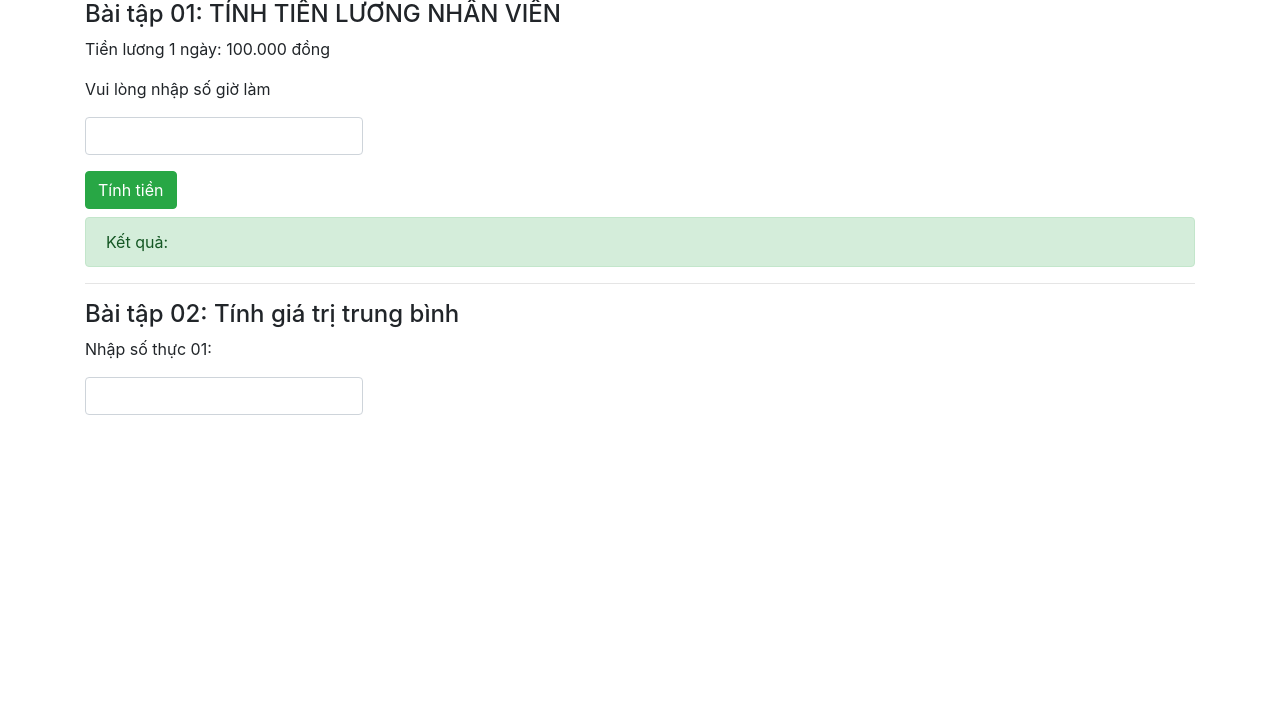
Repository: ducdatit2002/javascript-tinh-day13
Page: index.html
An editor plug-in stored every save of this project. The page is shown before and after a run of saves, followed by the edit.
The browser window is 1280 px wide. The pictures show the whole page.

Above is the page before, as saved 2023-08-13 23:59:09.

After the next 13 saves:
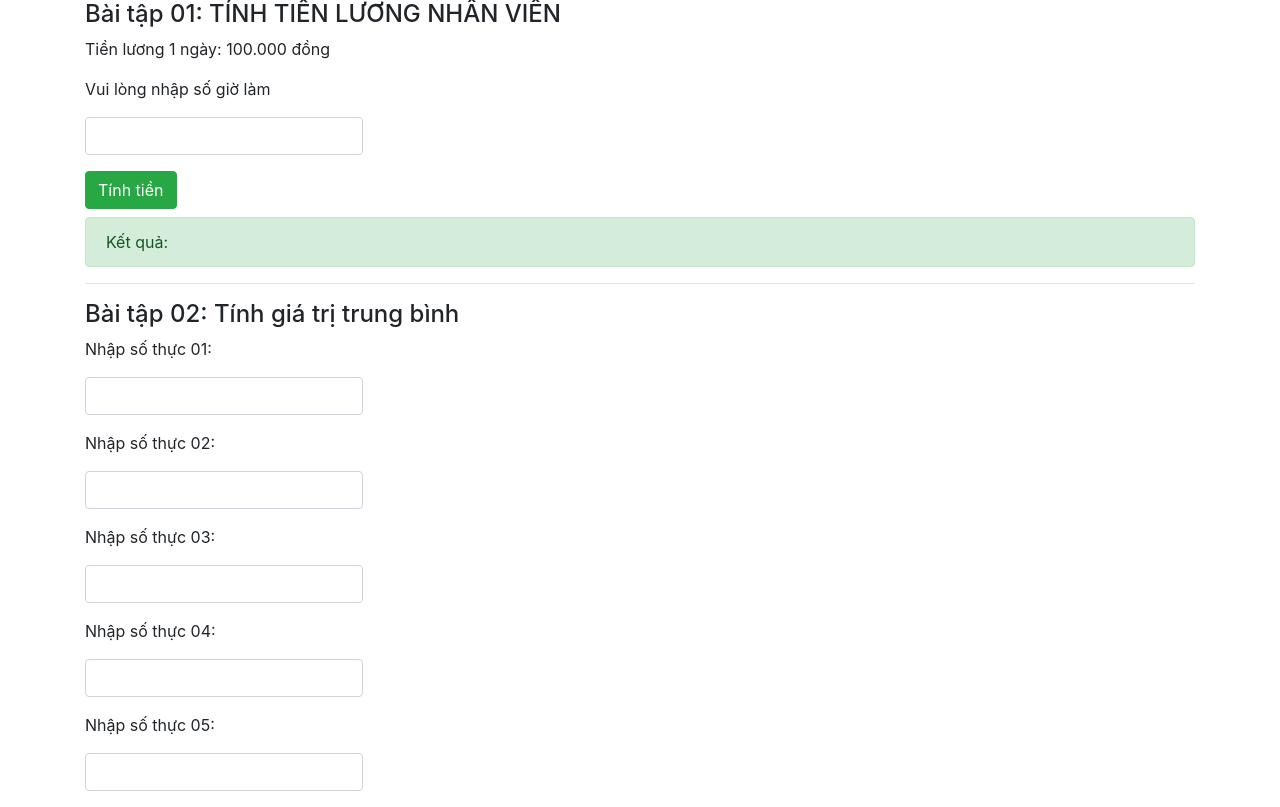
The 13 saves are shown as one change because they came seconds apart.
The last was saved 33 s later.
--- a/index.html
+++ b/index.html
@@ -48,6 +48,22 @@
           <p>Nhập số thực 01:</p>
           <input id="sothuc01" class="form-control w-25" />
         </div>
+        <div class="form-group">
+          <p>Nhập số thực 02:</p>
+          <input id="sothuc02" class="form-control w-25" />
+        </div>
+        <div class="form-group">
+          <p>Nhập số thực 03:</p>
+          <input id="sothuc03" class="form-control w-25" />
+        </div>
+        <div class="form-group">
+          <p>Nhập số thực 04:</p>
+          <input id="sothuc04" class="form-control w-25" />
+        </div>
+        <div class="form-group">
+          <p>Nhập số thực 05:</p>
+          <input id="sothuc05" class="form-control w-25" />
+        </div>
       </div>
     </div>
 
